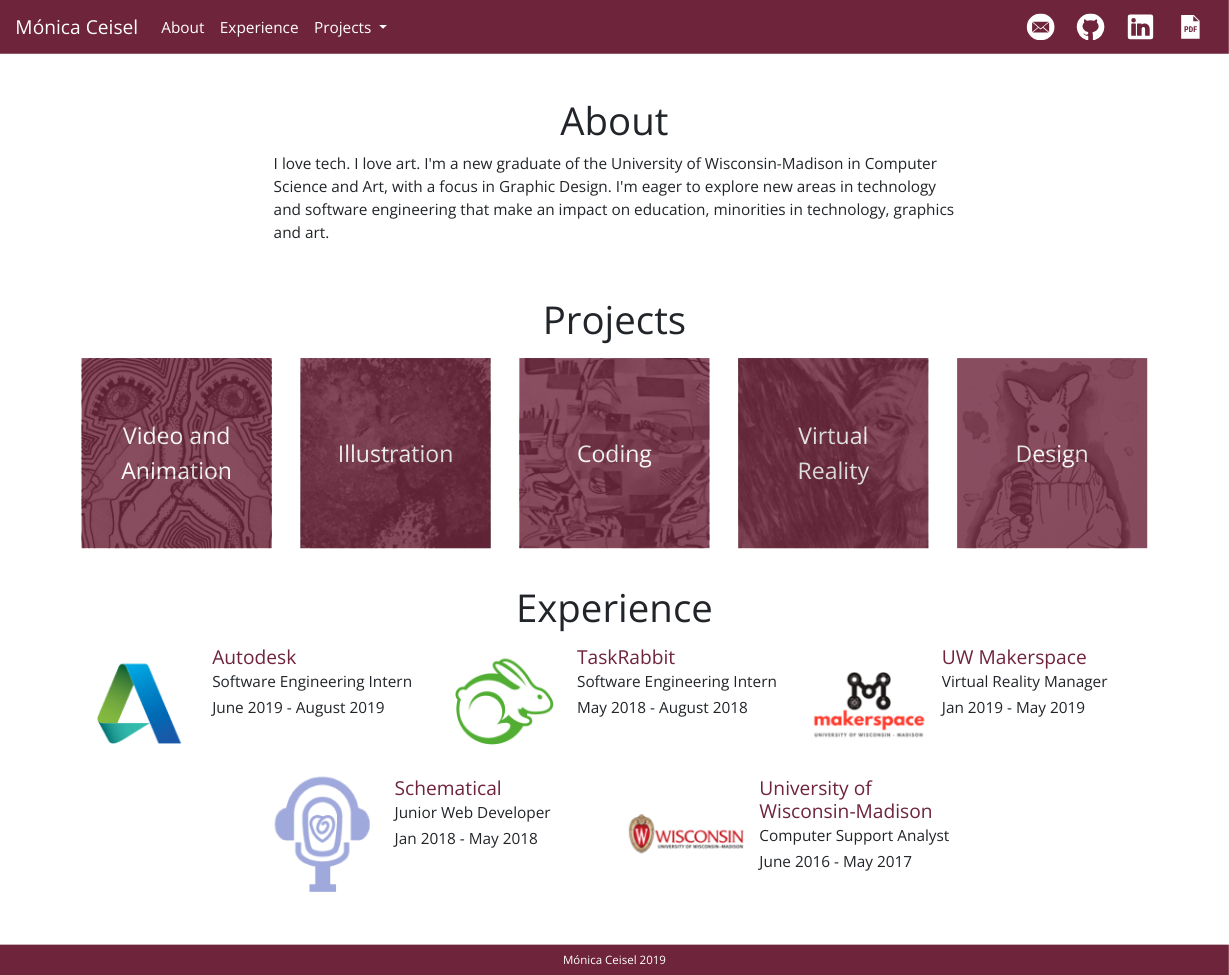
Repository: ceiselm/ceiselm.github.io
Page: index.html
An editor plug-in stored every save of this project. The page is shown before and after the next save, followed by the edit.
The browser window is 1280 px wide. The pictures show the whole page, at 96% of full size.

Above is the page before, as saved 2019-08-07 22:59:49.

After the next save:
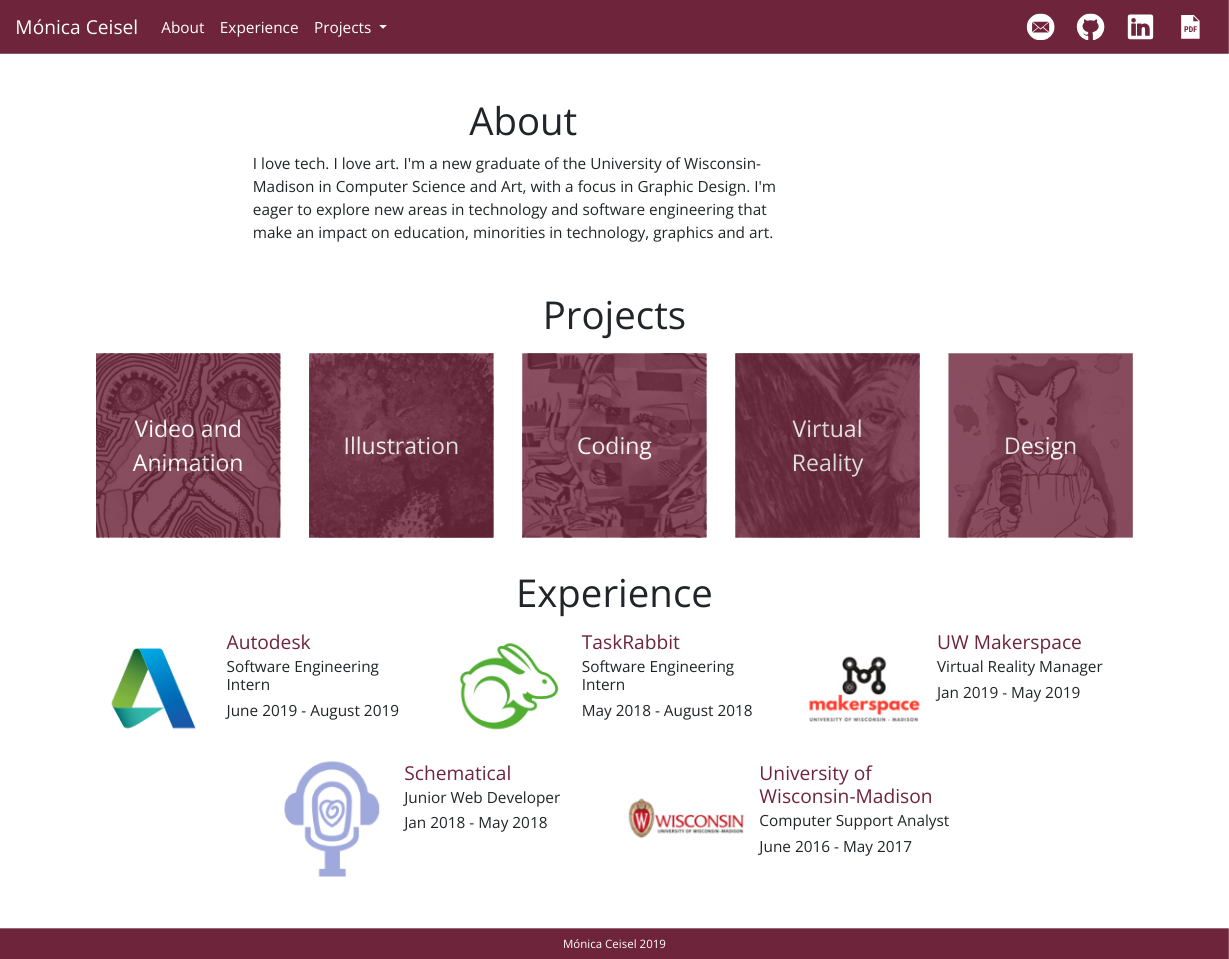
Saved 115 s later.
--- a/index.html
+++ b/index.html
@@ -72,6 +72,9 @@
     <!-- <hr> -->
     <!-- about START -->
     <div class="portion">
+        <div class="container">
+            <div class="row">
+                <div class="col-10">
       <section>
         <div class="text-center mt-2">
           <div class="container">
